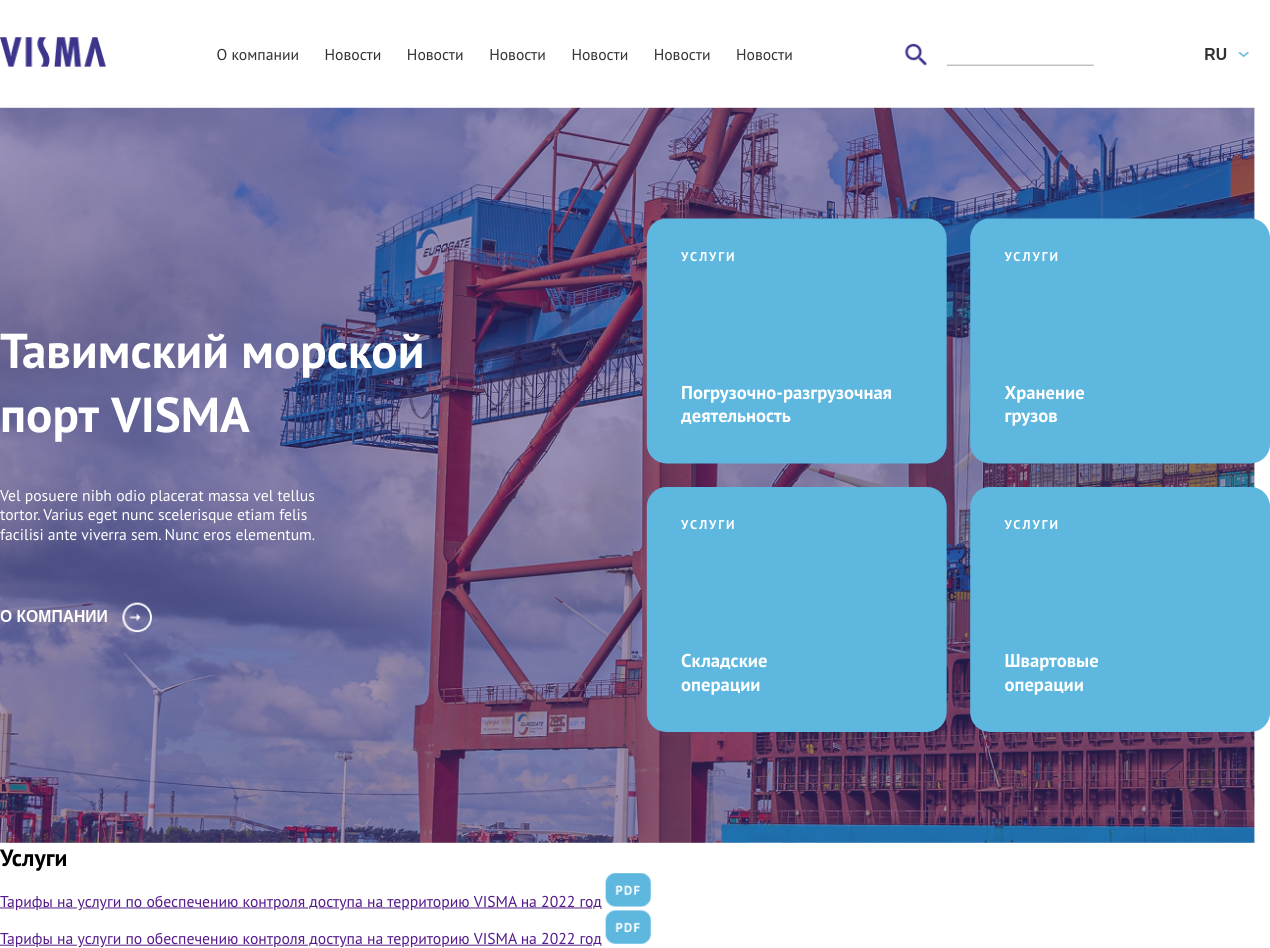
Repository: Shaiyr1/Visma
Page: index.html
The author's editor kept a copy of each file at every save. The page is drawn from the files as they stood at one save, then again after the next save.
The browser window is 1280 px wide. The page is 1296 px wide, so the pictures cover 1296 px, including what lies to the right of the window. The pictures show the whole page, at 98% of full size.
The style sheet was rebuilt from its Sass, Less or Tailwind sources for each picture, by a compiler version that may differ from the author's.

Above is the page before, as saved 2026-09-16 14:23:22.

After the next save:
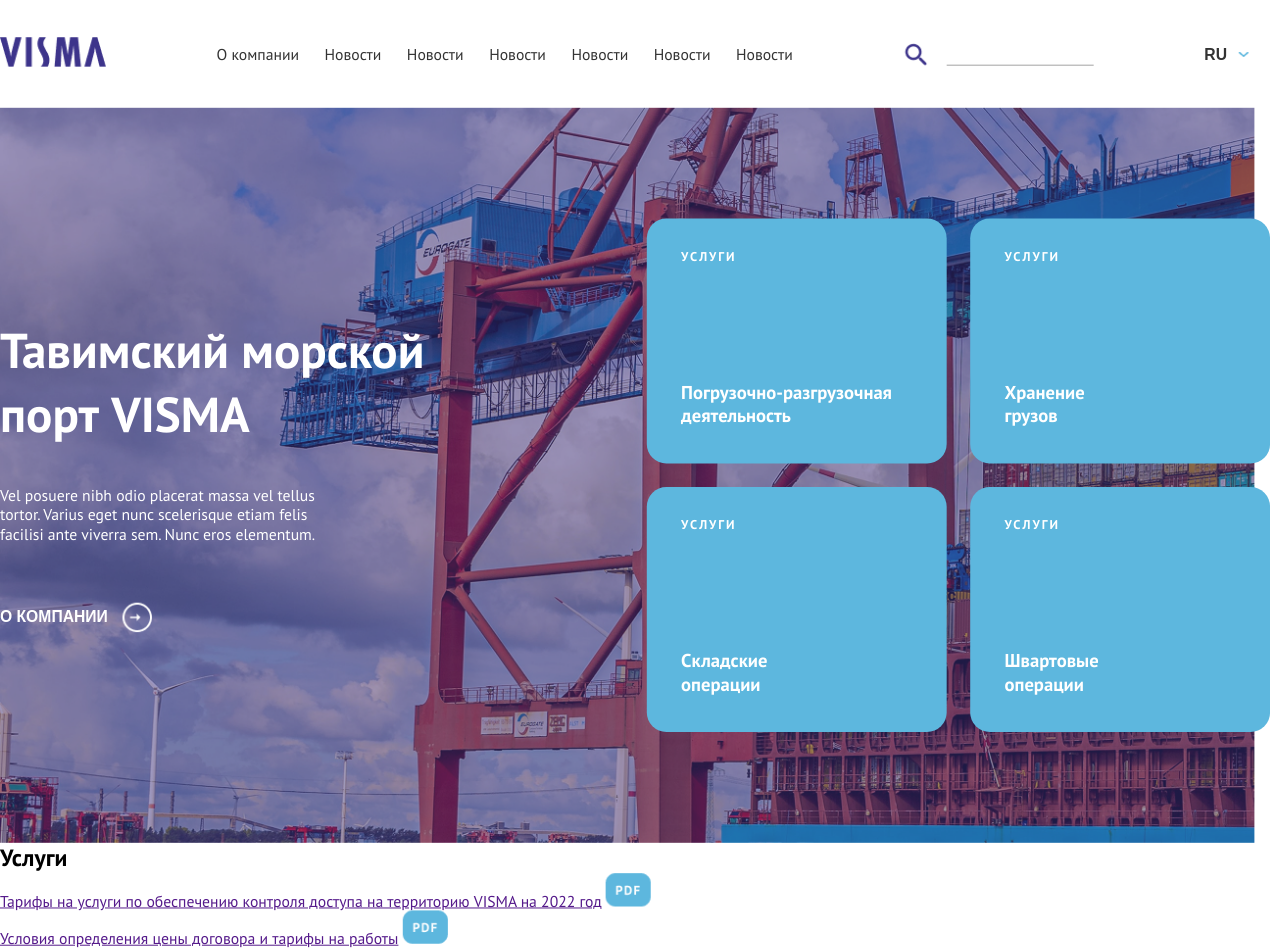
Saved 22 s later.
--- a/index.html
+++ b/index.html
@@ -97,7 +97,7 @@
                             <img src="./src/img/Frame 50.png" alt="images">
                         </li>
                         <li class="services-block__li">
-                            <a class="services-block__li-link" href="">Тарифы на услуги по обеспечению контроля доступа на территорию VISMA на 2022 год</a>
+                            <a class="services-block__li-link" href="">Условия определения цены договора и тарифы на работы</a>
                             <img src="./src/img/Frame 50.png" alt="images">
                         </li>
                     </ul>
